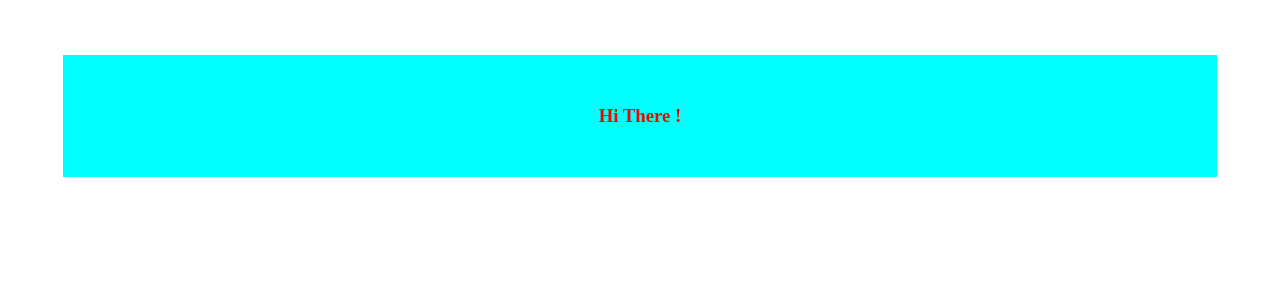
Repository: VISHALGUPTA100803/Harkirat_MERN
Page: zerodha_landing_page week0(html+css)/index2.html
These files come from the project's save history. The page is drawn as it stood at one moment and after a run of saves; the edit follows.
The browser window is 1280 px wide. The pictures show the whole page.

Above is the page before, as saved 2023-12-16 13:59:16.

### zerodha_landing_page week0(html+css)/index2.html
<center>
    <h3 style="color: red; background-color: aqua;
    box-shadow: 20 px 10 px ; margin: 55px; padding: 50px
    ;">
   Hi There !
    </h3>
 </center>

After the next 6 saves:
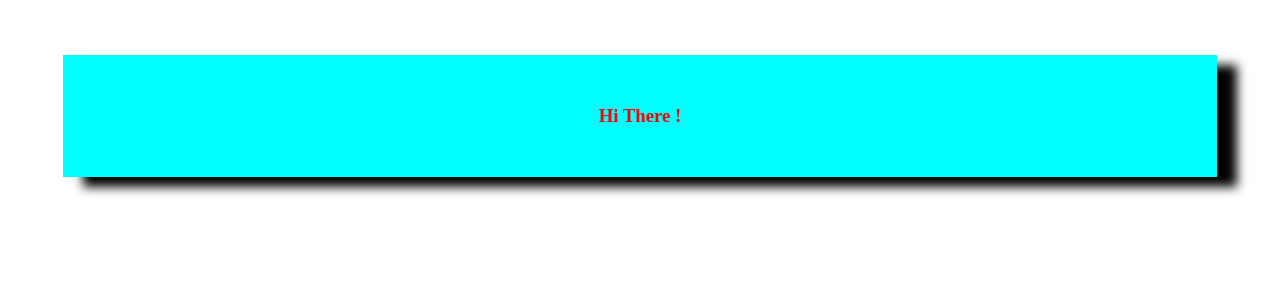
The 6 saves are shown as one change because they came seconds apart.
The last was saved 18 s later.
--- a/zerodha_landing_page week0(html+css)/index2.html
+++ b/zerodha_landing_page week0(html+css)/index2.html
@@ -1,6 +1,6 @@
 <center>
     <h3 style="color: red; background-color: aqua;
-    box-shadow: 20 px 10 px ; margin: 55px; padding: 50px
+    box-shadow: 20px 10px 10px black; margin: 55px; padding: 50px
     ;">
    Hi There !
     </h3>
